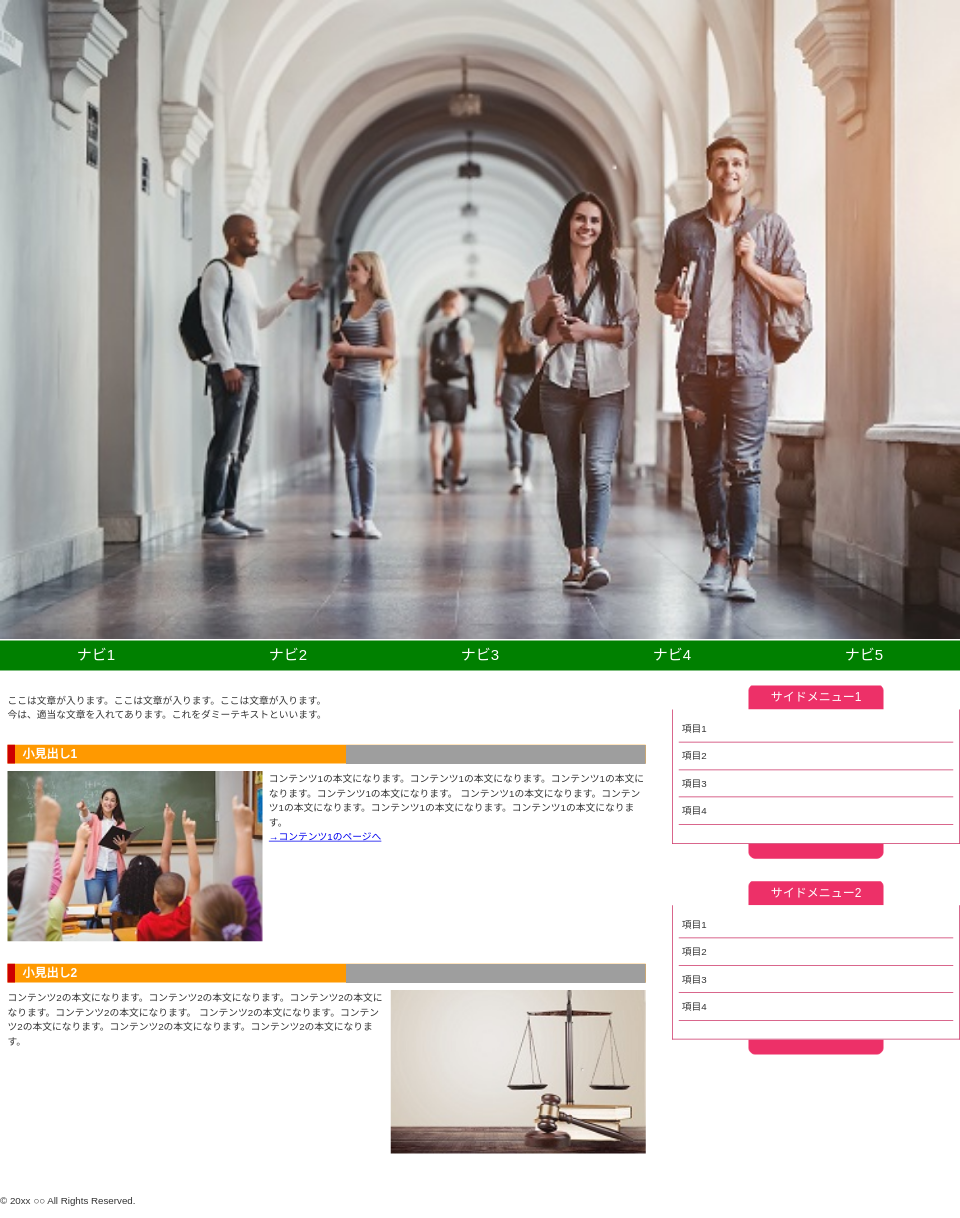
Repository: missan26/samurai_HTML-CSS
Page: index.html
The author's editor kept a record of every edit. The page is drawn from the files as they stood at one moment, then again after the next edit.
The browser window is 1280 px wide. The pictures show the whole page, at 75% of full size.
Pictures or frames that could not be fetched are drawn as grey boxes.

Above is the page before.

### index.html
<!DOCTYPE html>
<html lang="ja">
    <head>
        <meta charset="UTF-8">
        <title>HTML/CSSの学習</title>
        <link rel="stylesheet" href="stylesheet.css">
    </head>
    <body>
        <div id="header">
            <h1><a href="index.html"><img id="corridor" src="images/corridor.jpg" alt="大学の廊下" /></a></h1>
        </div>
        <div id="wrapper">
            <div id="nav">
                <ul>
                    <li><a href="home.html">ナビ1</a></li>
                    <li><a href="#">ナビ2</a></li>
                    <li><a href="#">ナビ3</a></li>
                    <li><a href="#">ナビ4</a></li>
                    <li><a href="#">ナビ5</a></li>
                </ul>
            </div>
            <div id="container">
                <div id="main">
                    <div class="post">
                        <p>ここは文章が入ります。ここは文章が入ります。ここは文章が入ります。<br />今は、適当な文章を入れてあります。これをダミーテキストといいます。</p>
                    </div>
                    <div class="post clearfix">
                        <h2>小見出し1</h2>
                        <img class="left" src="images/classroom.jpg" alt="授業風景" />
                        <p>
                            コンテンツ1の本文になります。コンテンツ1の本文になります。コンテンツ1の本文になります。コンテンツ1の本文になります。
                            コンテンツ1の本文になります。コンテンツ1の本文になります。コンテンツ1の本文になります。コンテンツ1の本文になります。
                        </p>
                        <p><a href="#">→コンテンツ1のページへ</a></p>
                    </div>
                    <div class="post clearfix">
                        <h2>小見出し2</h2>
                        <img class="right" src="images/scale.jpg" alt="天秤" />
                        <p>
                            コンテンツ2の本文になります。コンテンツ2の本文になります。コンテンツ2の本文になります。コンテンツ2の本文になります。
                            コンテンツ2の本文になります。コンテンツ2の本文になります。コンテンツ2の本文になります。コンテンツ2の本文になります。
                        </p>
                    </div>
                </div>
                <div id="side">
                    <div class="box">
                        <h2>サイドメニュー1</h2>
                        <div class="boxBody">
                            <ul>
                                <li>項目1</li>
                                <li>項目2</li>
                                <li>項目3</li>
                                <li>項目4</li>
                            </ul>
                        </div>
                    </div>
                    <div class="box">
                        <h2>サイドメニュー2</h2>
                        <div class="boxBody">
                            <ul>
                                <li>項目1</li>
                                <li>項目2</li>
                                <li>項目3</li>
                                <li>項目4</li>
                            </ul>
                        </div>
                    </div>
                </div>
            </div>
        </div>
        <div id="footer">
            <p>&copy; 20xx ○○ All Rights Reserved.</p>
        </div>
    </body>
</html>

### stylesheet.css
@charset "utf-8";

body {
margin: 0;
padding: 0;
font-family: "ヒラギノ角ゴ Pro W3", "Hiragino Kaku Gothic Pro", "メイリオ", Meiryo, Osaka, "ＭＳ Ｐゴシック", "MS PGothic", sans-serif;
color: #333;
font-size: 13px;
line-height: 150%;
}

/ -------------------- wrapper -------------------- /
#wrapper {
width: 100%;
margin: auto;
padding: 0px;
border: 0px;
background-color: #FFF;
top: 10px;
}

/ -------------------- header -------------------- /
#header {
width: 100%;
}
#header h1 {
margin: 0;
padding: 0;
}

#corridor {
width: 100%;
height: auto;
}

/ -------------------- footer -------------------- /
#footer {
clear: both;
width: 100%;
padding: 3px 0 3px 0;
background: #39F;
color: #FFF;
font-weight: bold;
text-align: center;
}

/ -------------------- nav -------------------- /
#nav {
width: 100%;
}
#nav ul {
display:flex;
margin: 0;
padding: 0;
list-style-type: none;
}
#nav ul li {
width: 20%;
text-align: center;
}
#nav ul li a {
display: block;
height: 20px;
margin: 0;
padding: 10px;
color: #FFF;
font-size: 20px;
text-decoration: none;
background-color: green;
}
#nav ul li a:hover {
filter: drop-shadow(10px 10px 10px black);
}

/* -------------------- container -------------------- */
#container {
width: 100%;
margin: auto ;
padding: auto;
padding-top: 20px;
clear: both;
display: grid;
grid-template-columns: 70vw 30vw;
}
/* -------------------- main -------------------- */
#main {
width: 95%;
padding: 10px 30px 10px 10px;
}
#main h2 {
margin: 0 0 10px 0;
padding: 3px 10px 3px 10px;
color: #FFF;
font-size: 16px;
border-left: solid 10px #C00;
background: #F90 url(../images/main_h2.jpg) right top repeat-y;
}
#main p {
margin: 0;
padding: 0;
}
#main .post {
margin: 0 0 30px 0;
}

#main .post img.right {
margin: 0 0 0 8px;
}
#main .post img.left {
margin: 0 8px 0 0;
}

.right {
float: right;
width: 40%;
height: auto;
}
.left {
float: left;
width: 40%;
height: auto;
}

/* -------------------- clearfix -------------------- */
.clearfix {
zoom: 1;
}
.clearfix:after{
content: "";
display: block;
clear: both;
}

/ -------------------- side -------------------- /
#side {
width: 85%;
padding: 20px;
background-color: #F99;
}
#side .box {
margin: 0 auto 30px auto;
padding: 0 0 20px 0;
background: url(images/side_box.png) bottom no-repeat;
}
#side .box h2 {
margin: 0;
padding: 8px;
text-align: center;
color: #fff;
font-size: 16px;
line-height: 16px;
font-weight: normal;
background: url(images/side_box_h2.png) center no-repeat;
}
#side .box .boxBody {
padding: 8px;
border-right: solid 1px #C36;
border-bottom: solid 1px #C36;
border-left: solid 1px #C36;
background: #fff;
}
#side .box .boxBody ul {
margin: 0 0 16px 0;
padding: 0;
}
#side .box .boxBody ul li {
padding: 8px 0 8px 4px;
list-style: none;
border-bottom: solid 1px #C36;
}
#side .box .boxBody ul li:hover {
padding: 8px 0 8px 4px;
list-style: none;
border-bottom: solid 1px #C36;
box-shadow: 0px 4px 4px rgba(0, 0, 0, 0.3);
}

After the next edit:
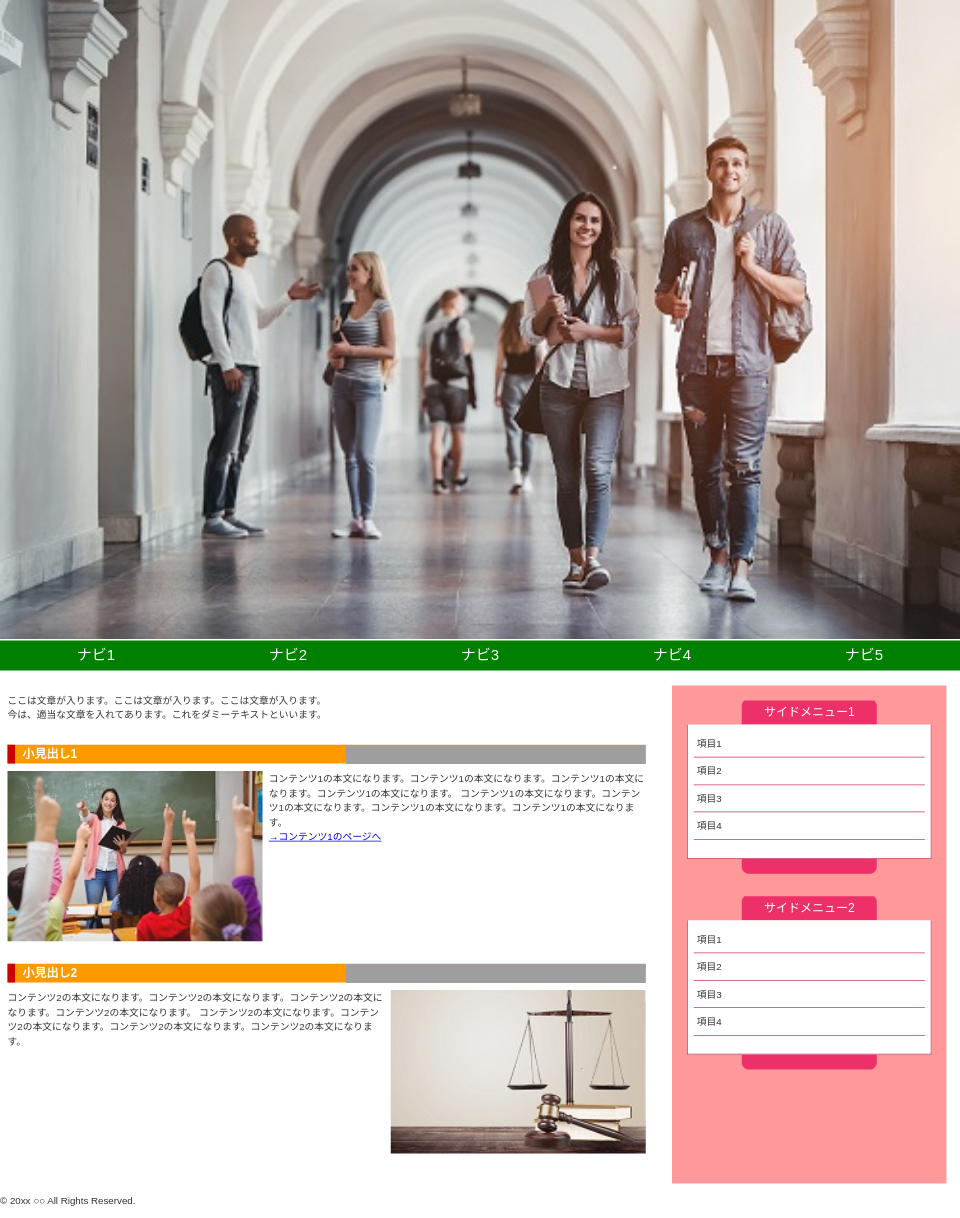
The edit:
--- a/stylesheet.css
+++ b/stylesheet.css
@@ -131,7 +131,7 @@
 clear: both;
 }
 
-/ -------------------- side -------------------- /
+/* -------------------- side -------------------- */
 #side {
 width: 85%;
 padding: 20px;
